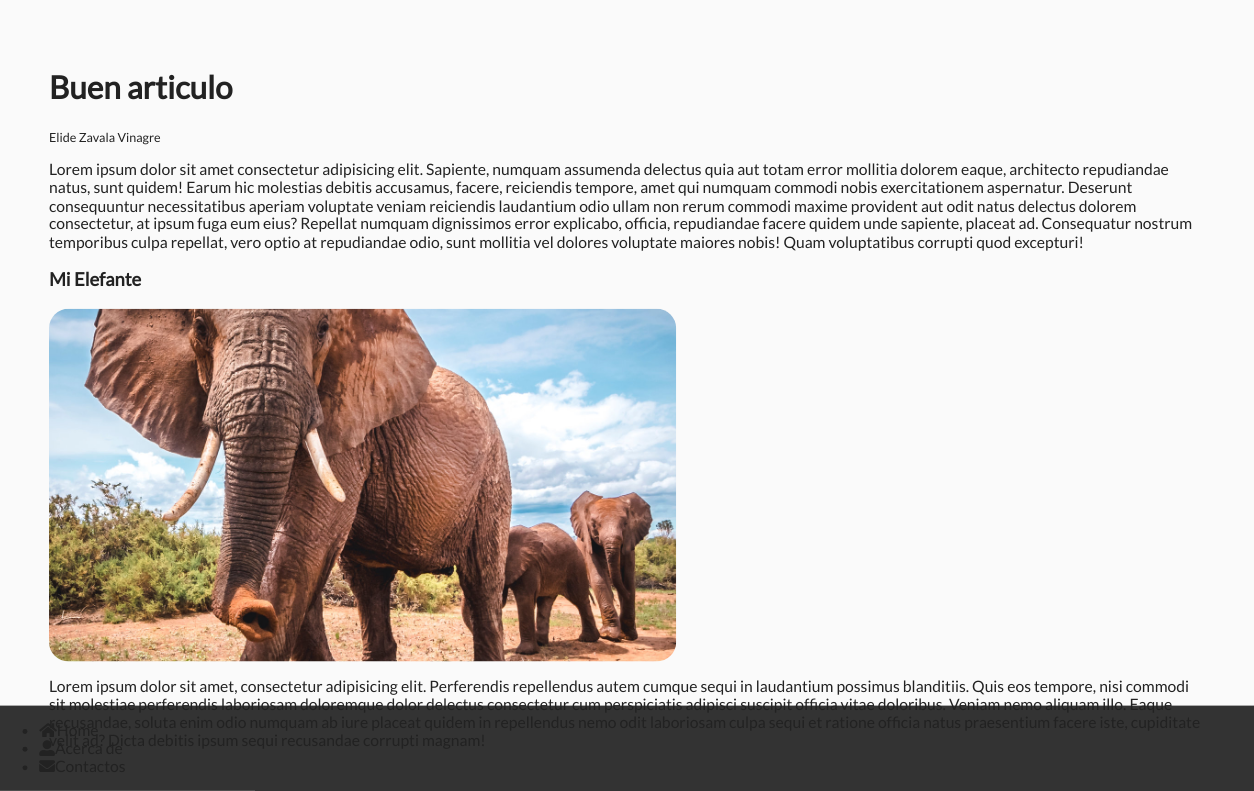
Repository: ElideZavala/Navagacion-en-rotacion
Page: index.html
An editor plug-in stored every save of this project. The page is shown before and after the next save, followed by the edit.
The browser window is 1280 px wide. The pictures show the whole page, at 98% of full size.

Above is the page before, as saved 2021-05-29 09:08:24.

After the next save:
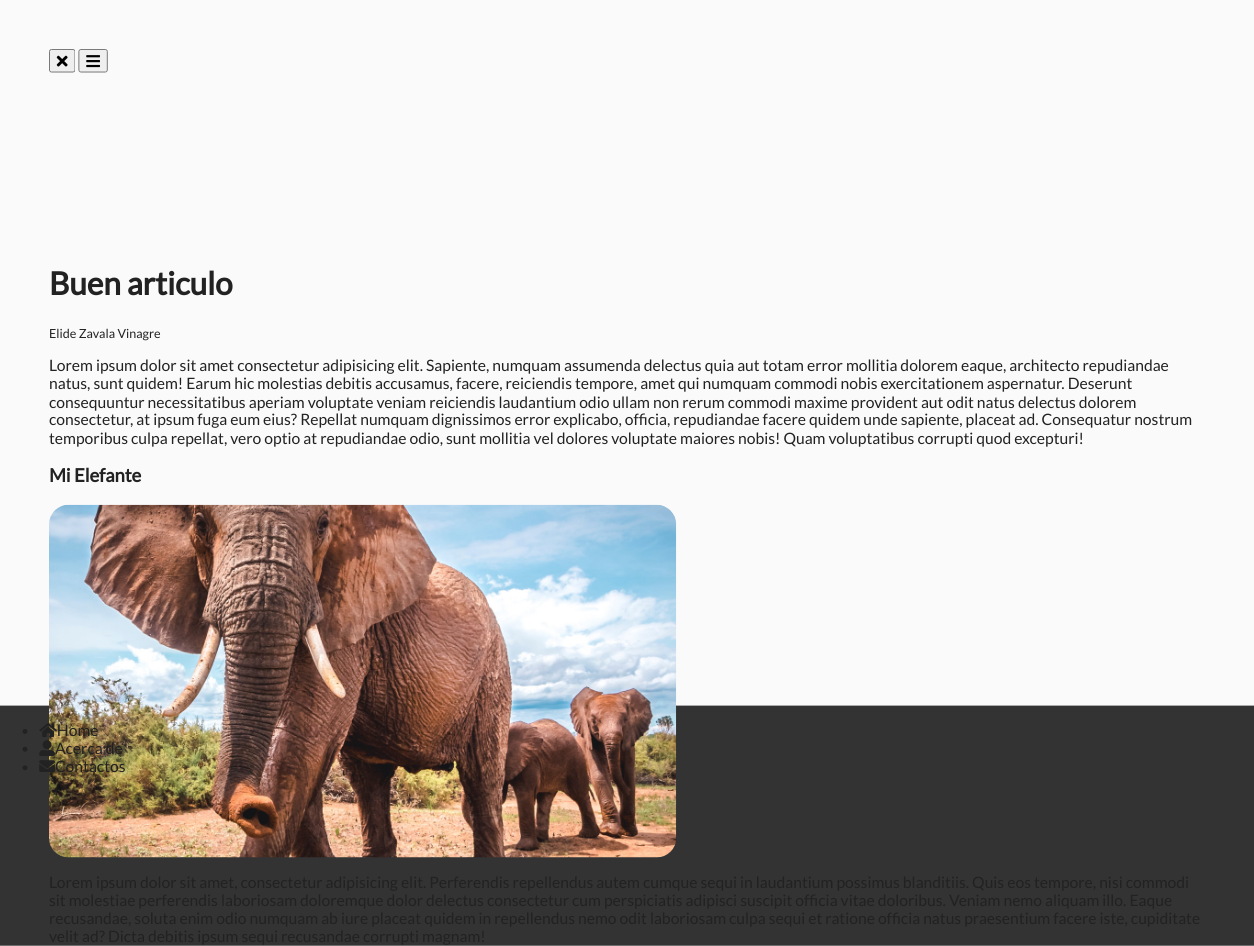
Saved 9 s later.
--- a/style.css
+++ b/style.css
@@ -34,7 +34,7 @@
 }
 
 .circle-container {
-	position: fixed;
+	/* position: fixed; */
 	top: -100px;
 	left: -100px;
 }

After the 2 saves that followed:
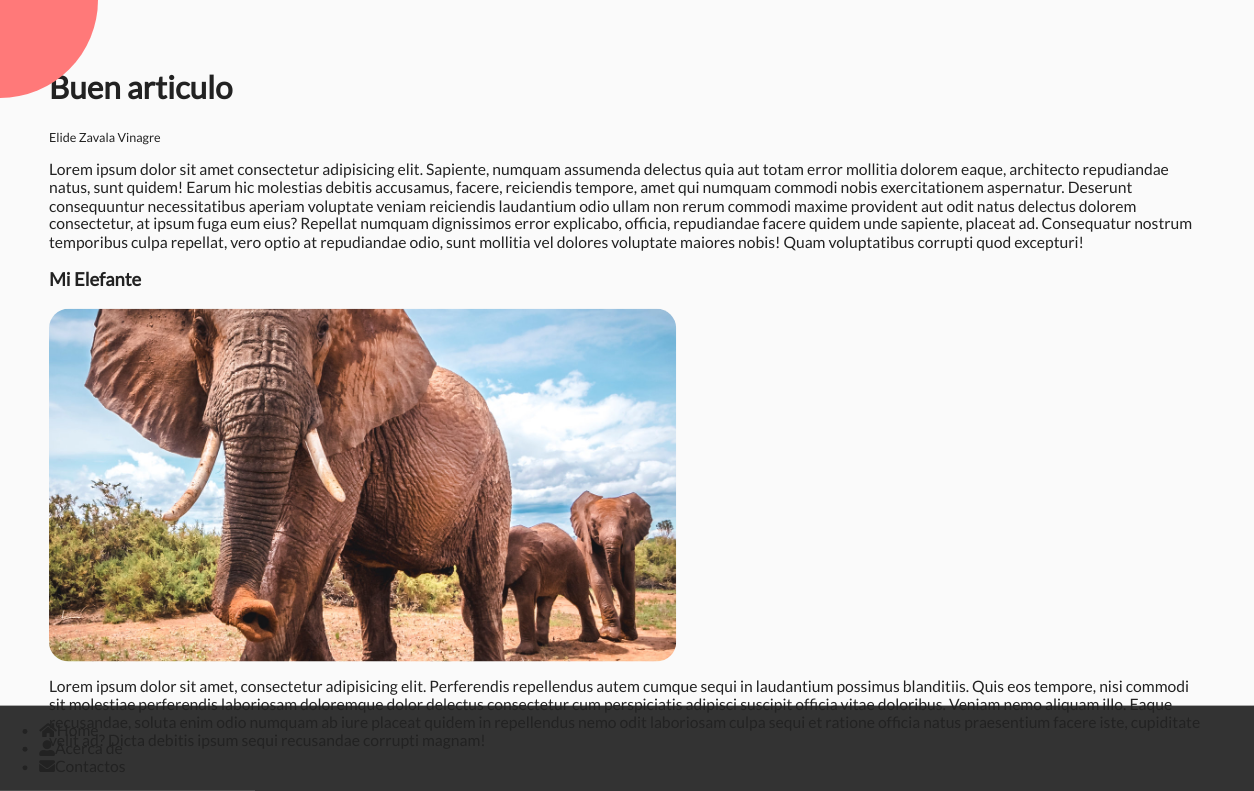
The 2 saves are shown as one change because 1 left the picture as it was.
The last was saved 15 s later.
--- a/style.css
+++ b/style.css
@@ -34,13 +34,13 @@
 }
 
 .circle-container {
-	/* position: fixed; */
+	position: fixed;
 	top: -100px;
 	left: -100px;
 }
 
 .circle {
-	/* background-color: #ff7979; */
+	background-color: #ff7979;
 	height: 200px;
 	width: 200px;
 	border-radius: 50%;
